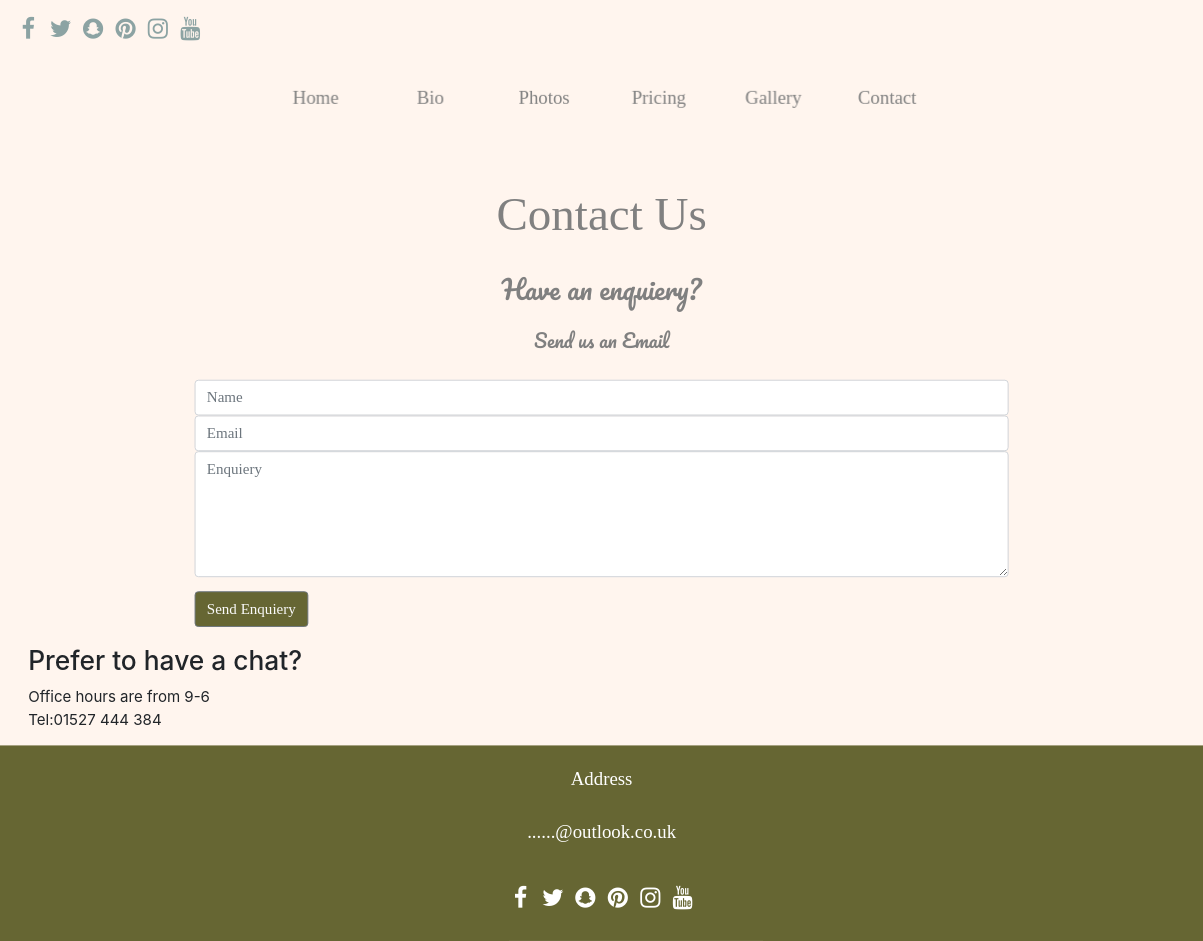
Repository: elizabeth24602/LoaderMedia
Page: contact.html
The author's editor kept a record of every edit. The page is drawn from the files as they stood at one moment, then again after the next edit.
The browser window is 1280 px wide. The pictures show the whole page, at 94% of full size.
Some web fonts or font styles are not loaded; a fallback is used.

Above is the page before.
Console error: ReferenceError: emailjs is not defined
Not found: Assests/images/

### contact.html
<!DOCTYPE html>
<html lang="en">
<head>
    <meta charset="UTF-8">
    <meta name="viewport" content="width=device-width, initial-scale=1.0">
    <meta http-equiv="X-UA-Compatible" content="ie=edge">

    <link rel="stylesheet" href="static/css/bootstrap.min.css" type="text/css" />
    <link rel="stylesheet" href="static/css/dc.min.css" type="text/css" />



    <link rel="stylesheet" href="https://stackpath.bootstrapcdn.com/bootstrap/4.3.1/css/bootstrap.min.css" type="text/css" />
    <link rel="stylesheet" href="https://stackpath.bootstrapcdn.com/font-awesome/4.7.0/css/font-awesome.min.css" type="text/css" />
    <link href="https://fonts.googleapis.com/css?family=Lacquer&display=swap" rel="stylesheet">
    <link href="https://fonts.googleapis.com/css?family=Beth+Ellen&display=swap" rel="stylesheet">
    <link rel="stylesheet" href="https://cdnjs.cloudflare.com/ajax/libs/hover.css/2.3.1/css/hover-min.css" type="text/css" />
    <link rel="stylesheet" href="Assests/images/" type="text/css" />
    <link rel="stylesheet" href="Assests/css/style.css" type="text/css" />

    <title>Loader Media</title>

     <script type="text/javascript" src="static/js/d3.min.js"></script>
    <script type="text/javascript" src="static/js/crossfilter.min.js"></script>
    <script type="text/javascript" src="static/js/dc.min.js"></script>
    <script type="text/javascript" src="static/js/queue.min.js"></script>
    <script type="text/javascript" src="static/js/graph.js"></script>

    <script type="text/javascript"
        src="https://cdn.jsdelivr.net/npm/emailjs-com@2.4.0/dist/email.min.js">
    </script>
    <script type="text/javascript">
        (function(){
      emailjs.init("user_t0zUP8ySyXRy1bOf7ZHEA");
        })();
    </script>

</head>
<body>
     <header class="container-fluid">
        <div id="social-links" class="row">
        <div class="col-sm-4">
                <ul class="list-inline social-links">
                    <li class="list-inline-item">
                        <a target="_blank" href="#">
                            <i class="fa fa-facebook" aria-hidden="true"></i>
                            <span class="sr-only">Facebook</span>
                        </a>
                    </li>
                    <li class="list-inline-item">
                        <a target="_blank" href="#">
                            <i class="fa fa-twitter" aria-hidden="true"></i>
                            <span class="sr-only">Twitter</span>
                        </a>
                    </li>
                    <li class="list-inline-item">
                        <a target="_blank" href="#">
                            <i class="fa fa-snapchat" aria-hidden="true"></i>
                            <span class="sr-only">Snapchat</span>
                        </a>
                    </li>
                    <li class="list-inline-item">
                        <a target="_blank" href="#">
                            <i class="fa fa-pinterest" aria-hidden="true"></i>
                            <span class="sr-only">Pinterest</span>
                        </a>
                    </li>
                    <li class="list-inline-item">
                        <a target="_blank" href="#">
                            <i class="fa fa-instagram" aria-hidden="true"></i>
                            <span class="sr-only">Instagram</span>
                        </a>
                    </li>
                    <li class="list-inline-item">
                        <a target="_blank" href="#">
                            <i class="fa fa-youtube" aria-hidden="true"></i>
                            <span class="sr-only">YouTube</span>
                        </a>
                    </li>
                </ul>
            </div>
        </div>
         <div class="row no-gutters">
            <div class="col">
                <ul id="nav" class="list-inline menucontainer">
                    <li class="col-4 col-sm-2 ui-menu-color-home list-inline-item menuitem">
                        <a href="index.html" class="hvr-underline-from-center"><span>Home</span></a>
                    </li>
                    <li class="col-4 col-sm-2 ui-menu-color-bio list-inline-item menuitem">
                        <a href="bio.html" class="hvr-underline-from-center"><span>Bio</span></a>
                    </li>
                     <li class="col-4 col-sm-2 ui-menu-color-photos list-inline-item menuitem">
                        <a href="photos.html" class="hvr-underline-from-center"><span>Photos</span></a>
                    </li>
                    <li class="col-4 col-sm-2 ui-menu-color-pricing list-inline-item menuitem">
                        <a href="photos.html" class="hvr-underline-from-center"><span>Pricing</span></a>
                    </li>
                    <li class="col-4 col-sm-2 ui-menu-color-gallery list-inline-item menuitem">
                        <a href="music.html" class="hvr-underline-from-center"><span>Gallery</span></a>
                    </li>
                    <li class="col-4 col-sm-2 ui-menu-color-contact list-inline-item menuitem">
                        <a href="contact.html" class="hvr-underline-from-center"><span>Contact</span></a>
                    </li>
                </ul>
            </div>
        </div>

        <div class="row no-gutters">
            <div class="col headings">
                <h3 class="name3">Contact Us</h3>
            </div>
        </div>
    </header>

    <section class="container-fluid">
        <div class="row bg-color-contact">
            <div class="col-sm-12">
                <h3 class="contact-heading uppercase text-center">Have an enquiery?</h3>
                <h5 class="uppercase text-center">Send us an Email</h5>
            </div>
            <div class="col-sm-12 center-form">
                <input type="text" name="name" class="form-control" id="fullname" placeholder="Name" required/>
                <input type="text" name="emailaddress" class="form-control" id="emailaddress" placeholder="Email" required/>
                <textarea rows="5" name="projectsummary" class="form-control" id="projectsummary" placeholder="Enquiery" required></textarea>
                <button type="submit" class="btn btn-secondary center-block">Send Enquiery</button>
                </form>
            </div>
        </div>
        <div class="col-sm-12">
            <h3>Prefer to have a chat?</h3>
            <p>Office hours are from 9-6<br>
            Tel:01527 444 384</p>
        </div>
    </section>

    <footer class="container-fluid">
    <div id="footer-details" class="row">
        <div class="col-sm-12">
            <p class="address">Address</p>
        </div>
    </div>
        <div class="row">
            <div class="col-sm-12">
                <p class="email">......@outlook.co.uk</p>
            </div>
        </div>
        <div class="row">
            <div class="col-sm-12">
                        <ul class="list-inline social-links2 container-fluid">
                    <li class="list-inline-item">
                        <a target="_blank" href="#">
                            <i class="fa fa-facebook" aria-hidden="true"></i>
                            <span class="sr-only">Facebook</span>
                        </a>
                    </li>
                    <li class="list-inline-item">
                        <a target="_blank" href="#">
                            <i class="fa fa-twitter" aria-hidden="true"></i>
                            <span class="sr-only">Twitter</span>
                        </a>
                    </li>
                    <li class="list-inline-item">
                        <a target="_blank" href="#">
                            <i class="fa fa-snapchat" aria-hidden="true"></i>
                            <span class="sr-only">Snapchat</span>
                        </a>
                    </li>
                    <li class="list-inline-item">
                        <a target="_blank" href="#">
                            <i class="fa fa-pinterest" aria-hidden="true"></i>
                            <span class="sr-only">Pinterest</span>
                        </a>
                    </li>
                    <li class="list-inline-item">
                        <a target="_blank" href="#">
                            <i class="fa fa-instagram" aria-hidden="true"></i>
                            <span class="sr-only">Instagram</span>
                        </a>
                    </li>
                    <li class="list-inline-item">
                        <a target="_blank" href="#">
                            <i class="fa fa-youtube" aria-hidden="true"></i>
                            <span class="sr-only">YouTube</span>
                        </a>
                    </li>
                </ul>
            </div>
        </div>
    </footer>

<script>src = static/js/sendEmail.js</script>

</body>
</html>

### Assests/css/style.css
@import url('https://fonts.googleapis.com/css?family=Lacquer:100,200,300,400,500,600,700|Beth+Ellen:100,200,300,400,500,600,700|Pacifico:100,200,300,400,500,600,700');

/*-------------------------------Website Name */

.name {
    font-family: "Beth+Ellen";
     font-weight: 100;
    font-size: 80px;
    margin-top: 70px;
    text-align: center;
    color: #808080;
}

.name3 {
    font-family: "Beth+Ellen";
     font-weight: 60;
    font-size: 50px;
    margin-top: 70px;
    text-align: center;
    color: #808080;
}

/*-------------------------------Background */

body {
    background: #fff5ee;
}

/*-------------------------------Social */

.social-links {
    padding-top: 15px;
    padding-bottom: 15px;
}

.social-links li a i {
    width: 30px;
    height: 30px;
    padding: 12px 0;
    border-radius: 20%;
    font-size: 25px;
    line-height: 7px;
    text-align: center;
    color: #8ca3a3;
    background: #fff5ee;
    transition: all 0.35s ease-in-out;
    -moz-transition: all 0.35s ease-in-out;
    -webkit-transition: all 0.35s ease-in-out;
    -o-transition: all 0.35s ease-in-out;
}

/*-------------------------------menu */


.list-inline-item:not(:last-child) {
    margin: 0;
}

.menucontainer {
    font-size: 0;
    margin: auto;
    width: 60%;
    padding: 10px;
}

#nav li {
    font-size: 20px;
    font-family: 'Beth+Ellen';
    padding: 0;
}

.menuitem {
    text-align: center;
    padding: 0;
}

.body {
    text-align: center;
}

.menuitem a {
    width: 100%;
    text-decoration: none;
    color: #808080;
}

.hvr-underline-from-center:before {
    background-color: #ffffff;
    color: #d3d3d3;
}


.a:hover {
    text-decoration: none;
}

/*-------------------------------Footer */


footer {
    background-color: #666633;
    color: #ffffff;
    min-height: 120px;
    margin: 0;
}

.address {
    color: #ffffff;
    text-align: center;
    font-family: "Beth+Ellen";
    padding-top: 20px;
    font-size: 20px;
}
.email {
    color: #ffffff;
    text-align: center;
    font-family: "Beth+Ellen";
    padding: 10px;
    font-size: 20px;
}

.social-links2 {
    padding-top: 15px;
    padding-bottom: 15px;
    text-align: center;
}

.social-links2 li a i {
    width: 30px;
    height: 30px;
    padding: 12px 0;
    border-radius: 20%;
    font-size: 25px;
    line-height: 7px;
    text-align: center;
    color: #ffffff;
    background: #5563f46;
    transition: all 0.35s ease-in-out;
    -moz-transition: all 0.35s ease-in-out;
    -webkit-transition: all 0.35s ease-in-out;
    -o-transition: all 0.35s ease-in-out;
}

/*-------------------------------Photos */

.purchased {
    font-family: 'pacifico';
    font-weight: 100;
    font-size: 30px;
    margin-top: 50px;
    text-align: center;
    color: #808080;
}

.gender {
    color: #808080;
    font-family: "Beth+Ellen";
}

.dc-chart rect.bar {
fill: #666633;
}

.gender-balance {
    color: #808080;
}

.info {
    font-family: "pacifico";
    color: #808080;
    text-align: center;
}

.info2 {
    font-family: "pacifico";
    color: #808080;
    text-align: center;
}

.info3 {
    font-family: "pacifico";
    color: #808080;
    text-align: center;
}

.shade {
    color: #ffffff;
    font-family: "Beth+Ellen";
}

/*-------------------------------contact */

.contact-heading {
    font-family: "Beth+Ellen";
    text-align: center;
    font-weight: 100;
    margin-top: 25px;
    margin-bottom: 20px;
    color: #808080;
}

.text-center {
    font-family: "pacifico";
    text-align: center;
    font-weight: 100;
    margin-top: 25px;
    margin-bottom: 20px;
    color: #808080;
}


.center-form {
    padding-top: 10px;
    margin: 0 auto;
    max-width: 70%;
    font-family: "Beth+Ellen";
}

button[type="submit"] {
    margin-top: 15px;
    margin-bottom: 20px;
    background-color: #666633;
    color: #fafafa;
    font-family: "Beth+Ellen";
}

.chat {
   font-family: "Beth+Ellen";
    font-weight: 100;
    margin-top: 25px;
    margin-bottom: 20px;
    color: #808080;
}

.number {
     font-family: "pacifico";
    font-weight: 100;
    margin-top: 25px;
    margin-bottom: 20px;
    color: #808080;
}

### static/js/graph.js
queue()
    .defer(d3.csv, "data/Salaries.csv")
    .await(makeGraphs);

function makeGraphs(error, salaryData) {
    var ndx = crossfilter(salaryData);

    salaryData.forEach(function(d){
        d.salary = parseInt(d.salary);
    })

    show_discipline_selector(ndx);
    show_gender_balance(ndx);
    show_average_salary(ndx);
    show_rank_distribution(ndx);

    dc.renderAll();
}

function show_discipline_selector(ndx) {
    var dim = ndx.dimension(dc.pluck('discipline'));
    var group = dim.group();

    dc.selectMenu("#discipline-selector")
        .dimension(dim)
        .group(group);
}


function show_gender_balance(ndx) {
    var dim = ndx.dimension(dc.pluck('sex'));
    var group = dim.group();

    dc.barChart("#gender-balance")
        .width(400)
        .height(300)
        .margins({top: 10, right: 50, bottom: 30, left: 50})
        .dimension(dim)
        .group(group)
        .transitionDuration(500)
        .x(d3.scale.ordinal())
        .xUnits(dc.units.ordinal)
        .xAxisLabel("Gender")
        .yAxis().ticks(20);
}


function show_average_salary(ndx) {
    var dim = ndx.dimension(dc.pluck('sex'));

    function add_item(p, v) {
        p.count++;
        p.total += v.salary;
        p.average = p.total / p.count;
        return p;
    }

    function remove_item(p, v) {
        p.count--;
        if(p.count == 0) {
            p.total = 0;
            p.average = 0;
        } else {
            p.total -= v.salary;
            p.average = p.total / p.count;
        }
        return p;
    }

    function initialise() {
        return {count: 0, total: 0, average: 0};
    }

    var averageSalaryByGender = dim.group().reduce(add_item, remove_item, initialise);

    dc.barChart("#average-salary")
        .width(400)
        .height(300)
        .margins({top: 10, right: 50, bottom: 30, left: 50})
        .dimension(dim)
        .group(averageSalaryByGender)
        .valueAccessor(function(d){
            return d.value.average.toFixed(2);
        })
        .transitionDuration(500)
        .x(d3.scale.ordinal())
        .xUnits(dc.units.ordinal)
        .elasticY(true)
        .xAxisLabel("Shade")
        .yAxis().ticks(10);
}


function show_rank_distribution(ndx) {

    function rankByGender(dimension, rank) {
        return dimension.group().reduce(
            function (p, v) {
                p.total++;
                if(v.rank == rank) {
                    p.match++;
                }
                return p;
            },
            function (p, v) {
                p.total--;
                if(v.rank == rank) {
                    p.match--;
                }
                return p;
            },
            function () {
                return {total: 0, match: 0};
            }
        );
    }

    var dim = ndx.dimension(dc.pluck("sex"));
    var profByGender = rankByGender(dim, "Motor Vehicles");
    var asstProfByGender = rankByGender(dim, "Animals");
    var assocProfByGender = rankByGender(dim, "Landscapes");

    dc.barChart("#rank-distribution")
        .width(400)
        .height(300)
        .dimension(dim)
        .group(profByGender, "Motors")
        .stack(asstProfByGender, "Animals")
        .stack(assocProfByGender, "Landscapes")
        .valueAccessor(function(d) {
            if(d.value.total > 0) {
                return (d.value.match / d.value.total) * 100;
            } else {
                return 0;
            }
        })
        .x(d3.scale.ordinal())
        .xUnits(dc.units.ordinal)
        .legend(dc.legend().x(320).y(20).itemHeight(15).gap(5))
        .margins({top: 10, right: 100, bottom: 30, left: 30});
}

Loaded but not shown: static/css/bootstrap.min.css (library); static/css/dc.min.css (library); static/js/d3.min.js (library); static/js/crossfilter.min.js (library); static/js/dc.min.js (library); static/js/queue.min.js (common file)

After the next edit:
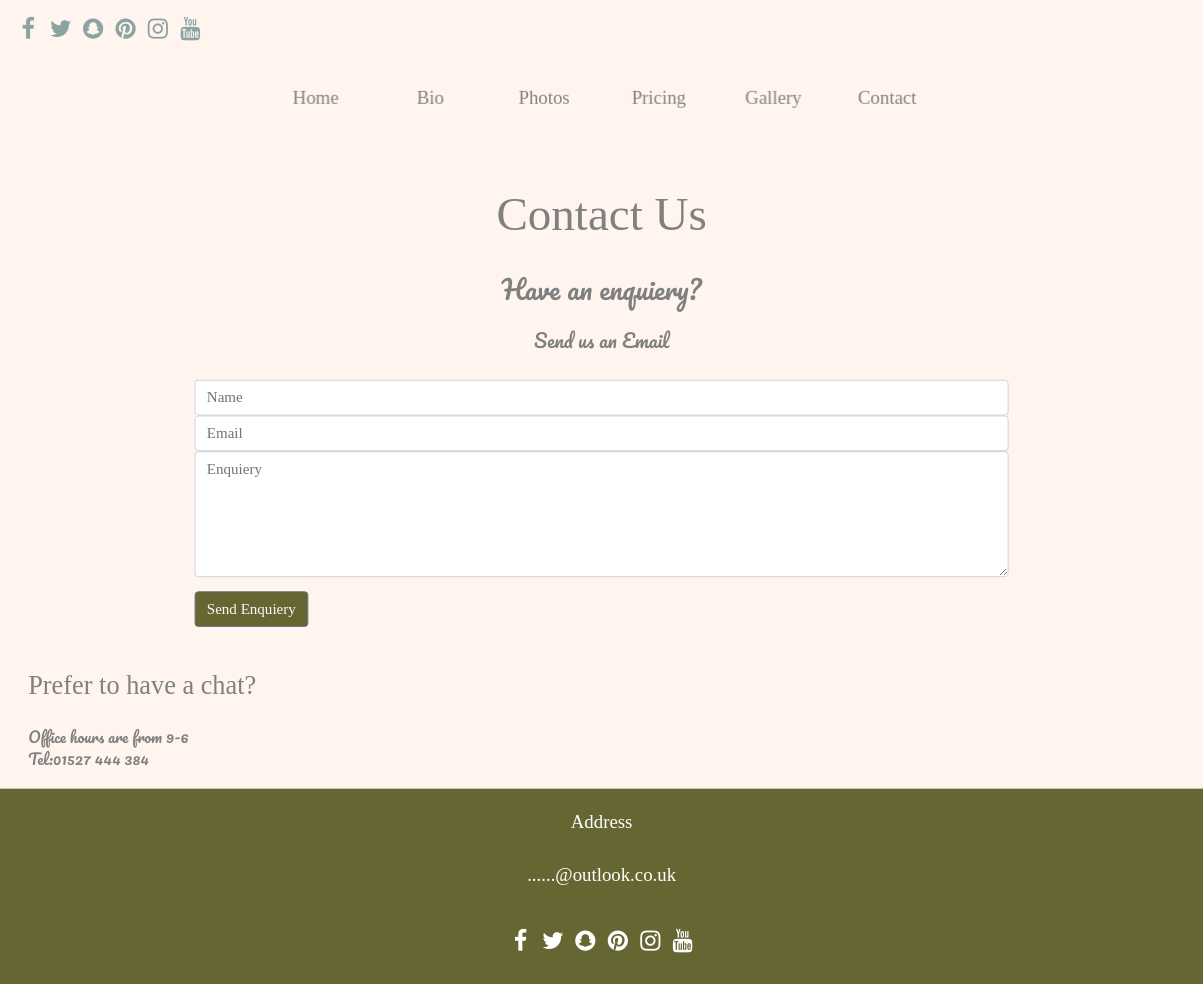
The edit:
--- a/contact.html
+++ b/contact.html
@@ -127,8 +127,8 @@
             </div>
         </div>
         <div class="col-sm-12">
-            <h3>Prefer to have a chat?</h3>
-            <p>Office hours are from 9-6<br>
+            <h3 class="chat">Prefer to have a chat?</h3>
+            <p class="number">Office hours are from 9-6<br>
             Tel:01527 444 384</p>
         </div>
     </section>
